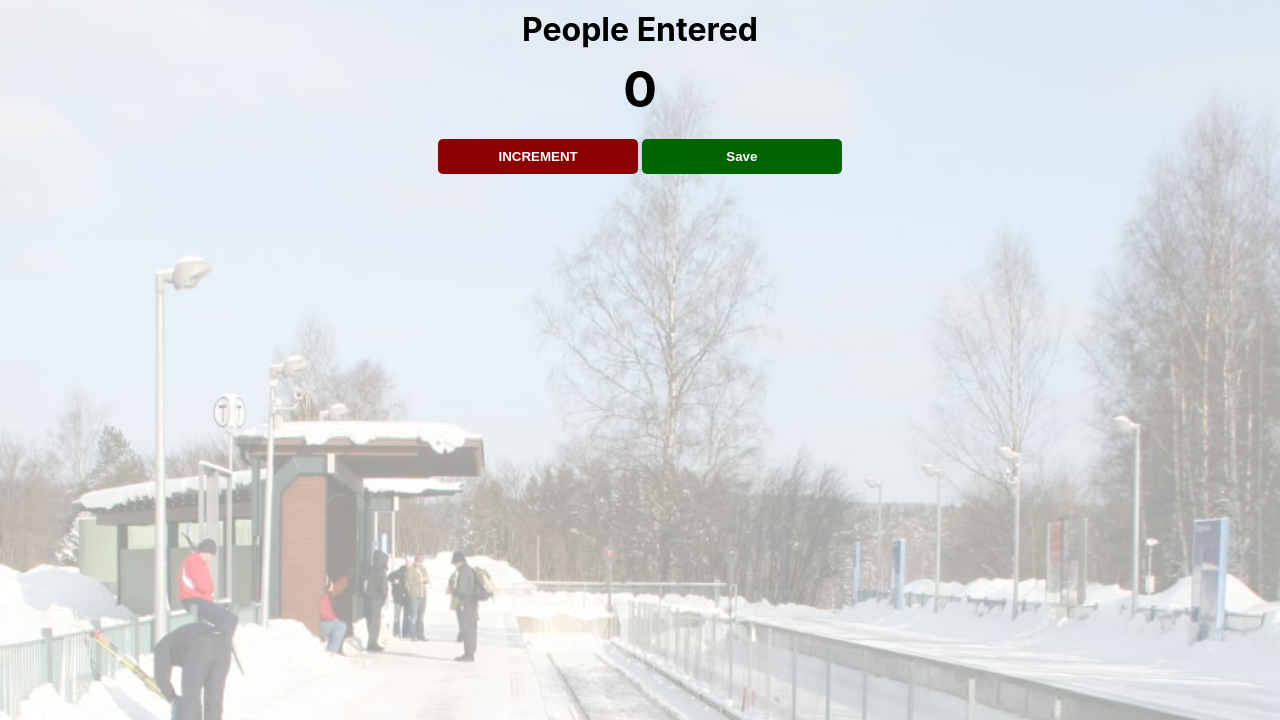
Repository: jt010051/JavaScriptCounter
Page: index.html
The author's editor kept a copy of each file at every save. The page is drawn from the files as they stood at one save, then again after the next save.
The browser window is 1280 px wide. The pictures show the whole page.

Above is the page before, as saved 2022-02-26 15:50:59.

After the next save:
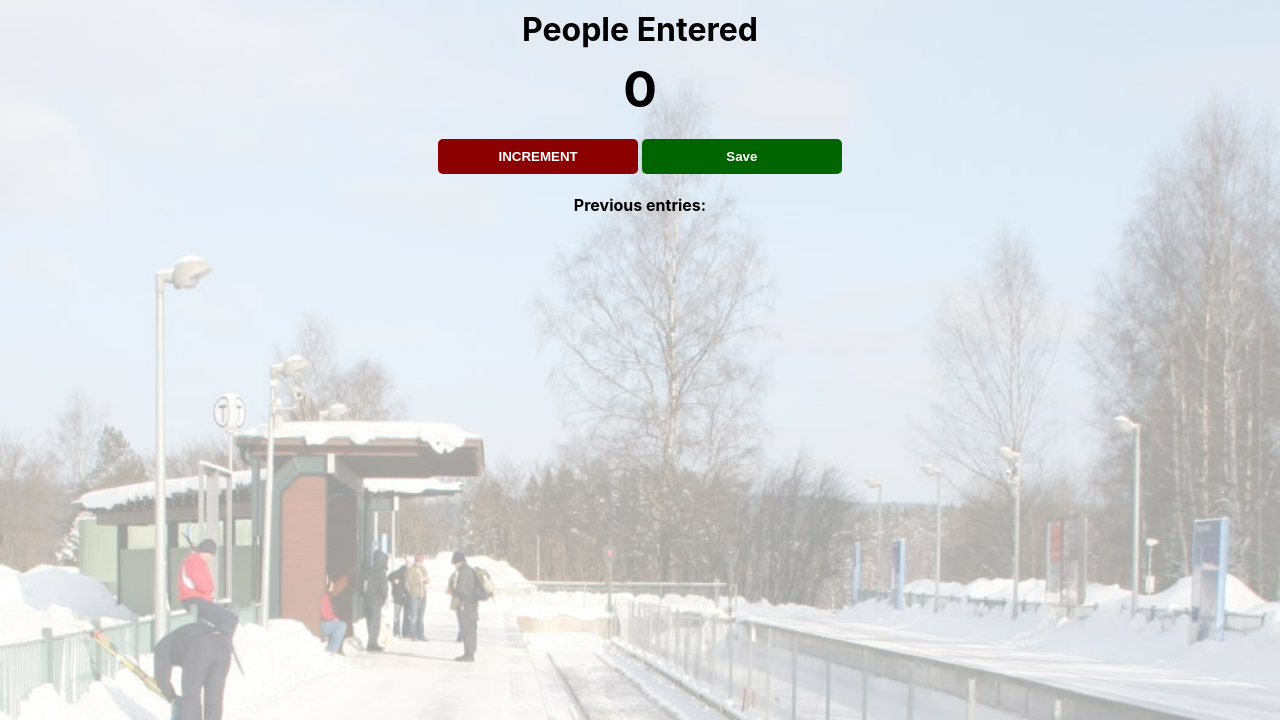
Saved 17 min 46 s later.
--- a/index.html
+++ b/index.html
@@ -7,6 +7,7 @@
     <h2 id ="count-el">0</h2>
     <button id="increment-btn"onclick ="increment()">INCREMENT</button>
     <button id="save-btn"onclick ="save()">Save</button>
+    <p id = "save-el">Previous entries: </p>
     <script src = "index.js"> </script>
 </body>
 </html>
